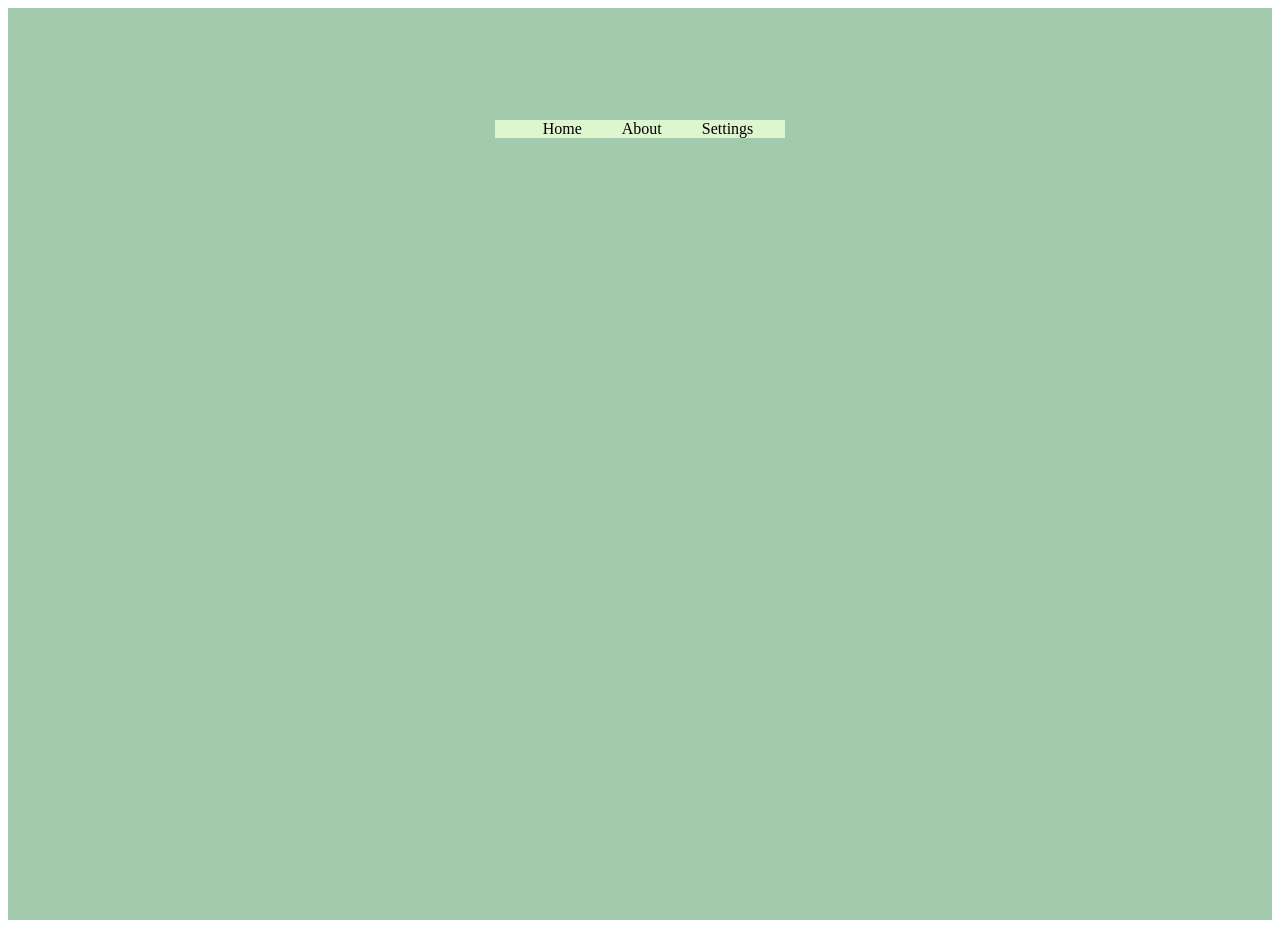
Repository: k8ANStar/Questify
Page: /
An editor plug-in stored every save of this project. The page is shown before and after a run of saves, followed by the edit.
The browser window is 1280 px wide. The pictures show the whole page.
The project was rebuilt for these pictures with package versions that can differ from the ones it lists, and the page was loaded fresh each time. The framework's server and built-in components were replaced by stand-ins that run in the browser. Also part of the build but not shown: next.config.mjs.

Above is the page before, as saved 2024-03-24 21:52:15.

After the next 4 saves:
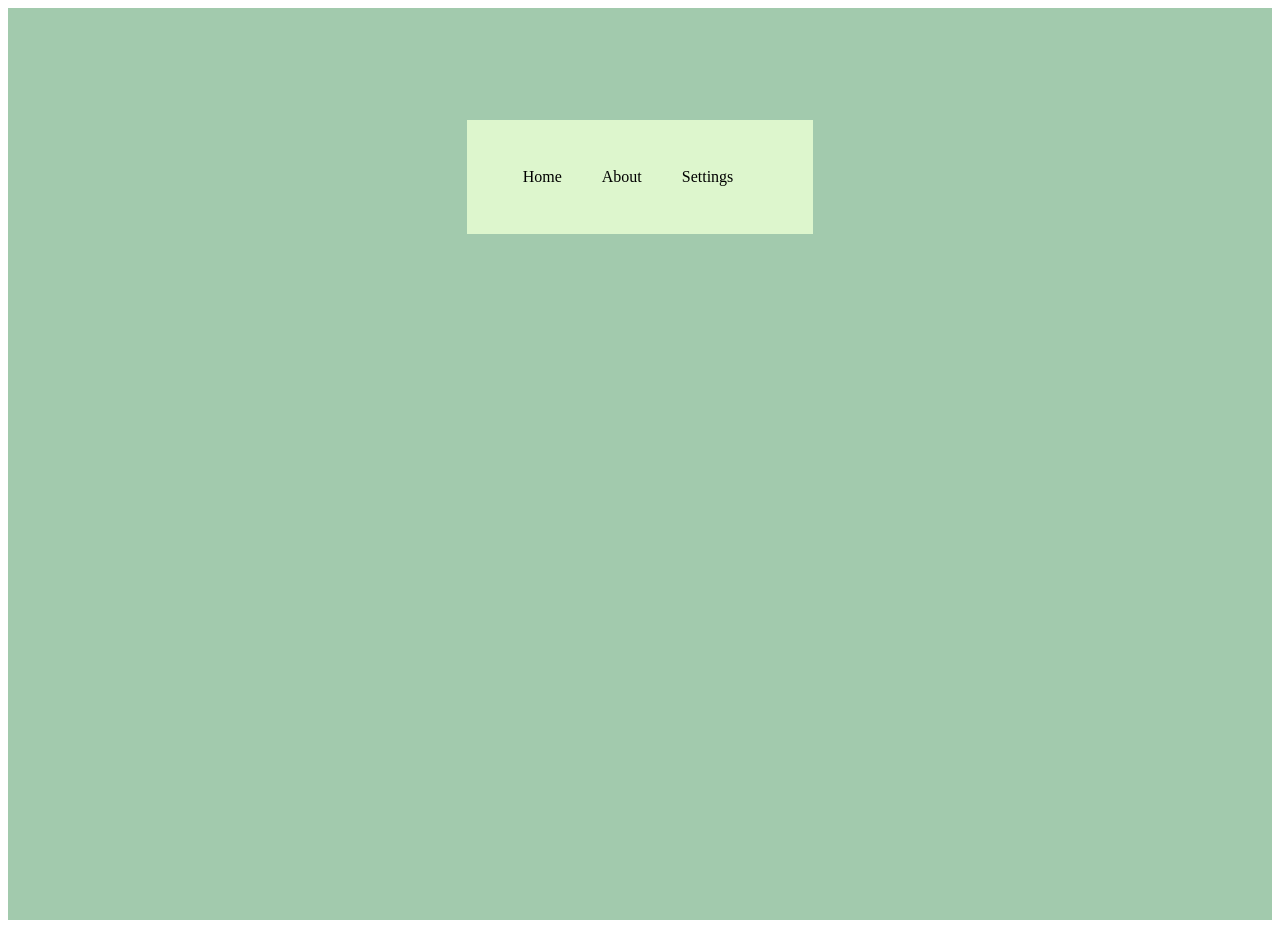
The 4 saves are shown as one change because they came seconds apart.
The last was saved 12 s later.
--- a/components/Header/Header.module.css
+++ b/components/Header/Header.module.css
@@ -2,6 +2,7 @@
 	display: flex;
 	list-style-type: none;
 	text-decoration: none;
+    padding: 3rem;
     background-color: rgb(221, 246, 205);
 
 }
